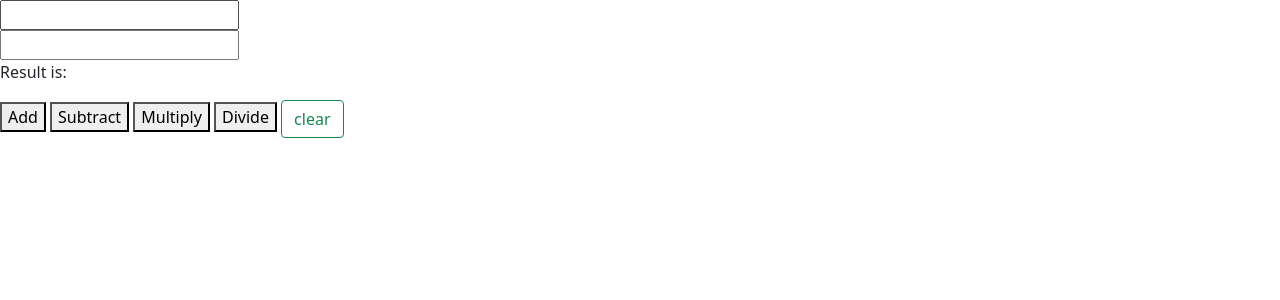
Repository: SHASHIDHAR-as/Spring
Page: spring-jsp-servelets/webapp/Webapp1/src/main/webapp/Calculator.html
An editor plug-in stored every save of this project. The page is shown before and after the next save, followed by the edit.
The browser window is 1280 px wide. The pictures show the whole page.

Above is the page before, as saved 2024-07-31 06:10:55.

### spring-jsp-servelets/webapp/Webapp1/src/main/webapp/Calculator.html
<!DOCTYPE html>
<html>
<head>
<meta charset="UTF-8">
<title>Calculator</title>
 <!-- Bootstrap CSS -->
    <link href="https://cdn.jsdelivr.net/npm/bootstrap@5.0.2/dist/css/bootstrap.min.css" rel="stylesheet" integrity="sha384-EVSTQN3/azprG1Anm3QDgpJLIm9Nao0Yz1ztcQTwFspd3yD65VohhpuuCOmLASjC" crossorigin="anonymous">

<script src="Scripts/calcscript.js"></script>
</head>
<body>
<input type="text" id="num1"><br>
<input type="text" id="num2"><br>
<p id="result">Result is: </p>
<button onclick="calculate('A')">Add</button>
<button onclick="calculate('S')">Subtract</button>
<button onclick="calculate('M')">Multiply</button>
<button onclick="calculate('D')">Divide</button>
<button  class="btn btn-outline-success" onclick="clearvalue()">clear</button>
</body>
</html>

### spring-jsp-servelets/webapp/Webapp1/src/main/webapp/Scripts/calcscript.js
/**
 *

function add(){
    var num1 = parseFloat(document.getElementById("num1").value);
    var num2 = parseFloat(document.getElementById("num2").value);
    document.getElementById("result").innerHTML=" Result is :"+(num1+num2);
    alert(num1 + num2);
}
function sub(){
    var num1 = parseFloat(document.getElementById("num1").value);
    var num2 = parseFloat(document.getElementById("num2").value);
    document.getElementById("result").innerHTML=" Result is :"+(num1-num2);
    alert(num1 - num2);
}
 */


 function calculate(option){
	var num1 = parseFloat(document.getElementById("num1").value);
    var num2 = parseFloat(document.getElementById("num2").value);
    if(isNaN(num1) ||isNaN(num2)){
		alert("Please enter proper values");
		return
	}
	switch(option){
		case 'A':result=num1+num2;
				break;

    	case 'S':
			   result=num1-num2;
				break;
    	case 'M':
			    result=num1*num2;
				break;
    	case 'D':
			    result=num1/num2;
				break;
	}
	document.getElementById("result").innerHTML=" Result is :"+result;
    			alert(result);



 }

 function clearvalue(){
  document.getElementById("num1").value="";
   document.getElementById("num2").value="";
    document.getElementById("result").innerHTML="";

}

After the next save:
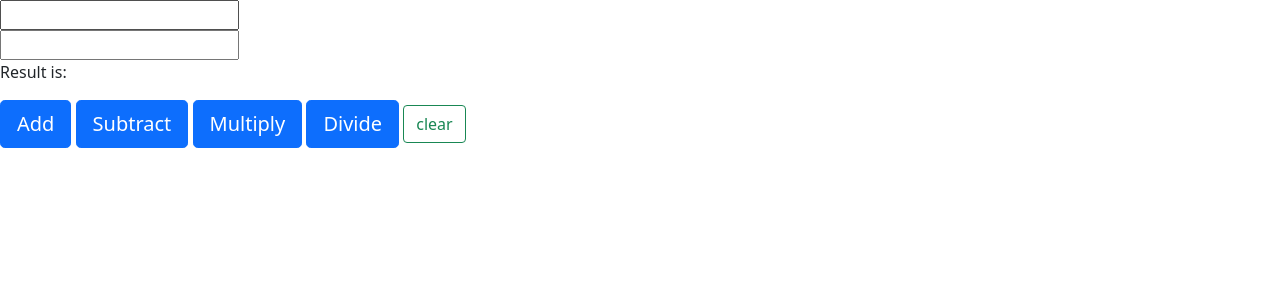
Saved 53 s later.
--- a/spring-jsp-servelets/webapp/Webapp1/src/main/webapp/Calculator.html
+++ b/spring-jsp-servelets/webapp/Webapp1/src/main/webapp/Calculator.html
@@ -12,10 +12,10 @@
 <input type="text" id="num1"><br>
 <input type="text" id="num2"><br>
 <p id="result">Result is: </p>
-<button onclick="calculate('A')">Add</button>
-<button onclick="calculate('S')">Subtract</button>
-<button onclick="calculate('M')">Multiply</button>
-<button onclick="calculate('D')">Divide</button>
+<button class="btn btn-lg btn-primary" onclick="calculate('A')">Add</button>
+<button class="btn btn-lg btn-primary" onclick="calculate('S')">Subtract</button>
+<button  class="btn btn-lg btn-primary"onclick="calculate('M')">Multiply</button>
+<button class="btn btn-lg btn-primary" onclick="calculate('D')">Divide</button>
 <button  class="btn btn-outline-success" onclick="clearvalue()">clear</button>
 </body>
 </html>
